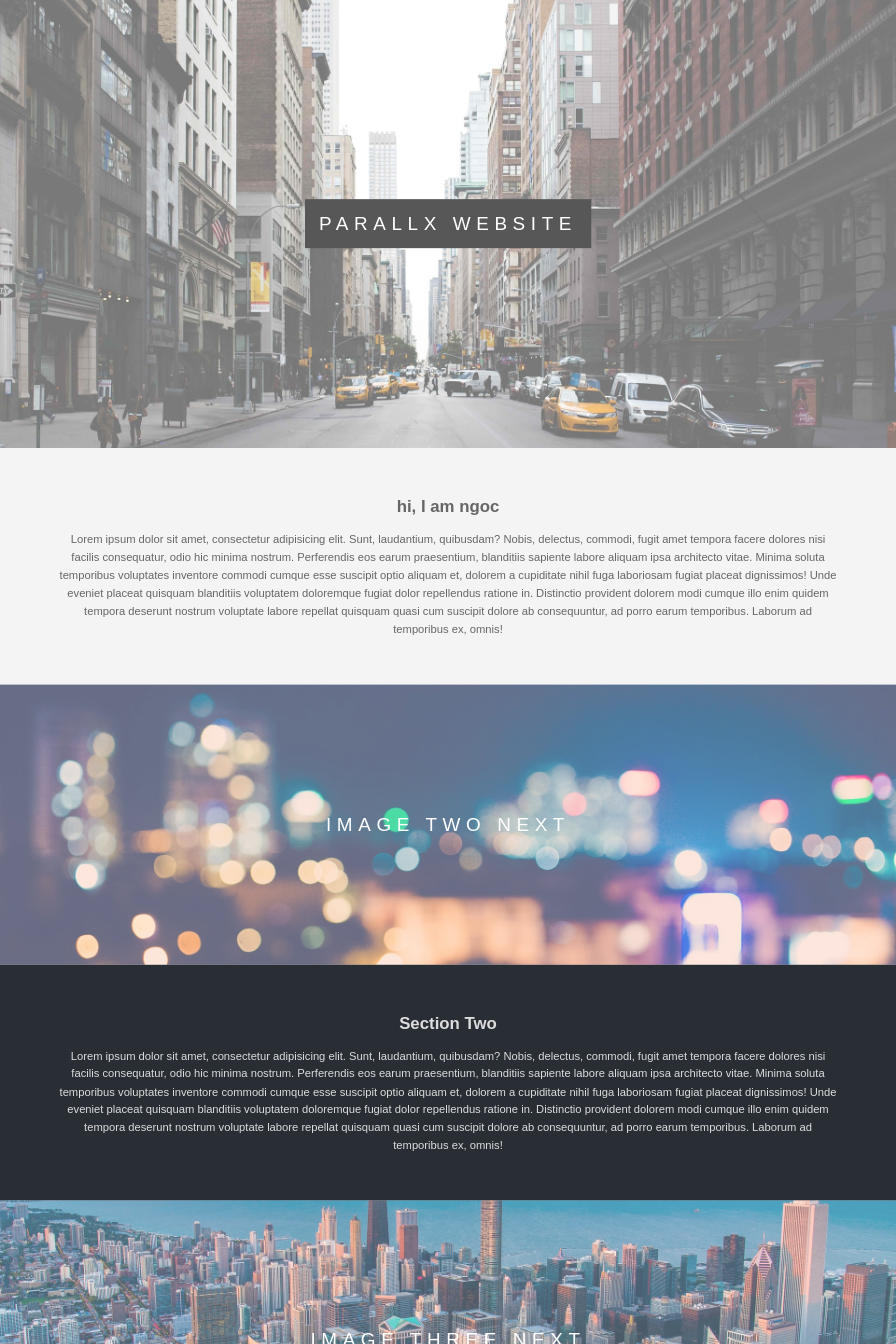
Repository: kieubaongoc/travel-page
Page: index.html
The author's editor kept a copy of each file at every save. The page is drawn from the files as they stood at one save, then again after the next save.
The browser window is 1280 px wide. The pictures show the part of the page from y = 0 to 1920 px (the page is 3093 px tall), at 70% of full size.
Backgrounds fixed to the window are drawn as part of the page.

Above is the page before, as saved 2021-08-19 22:50:30.

After the next save:
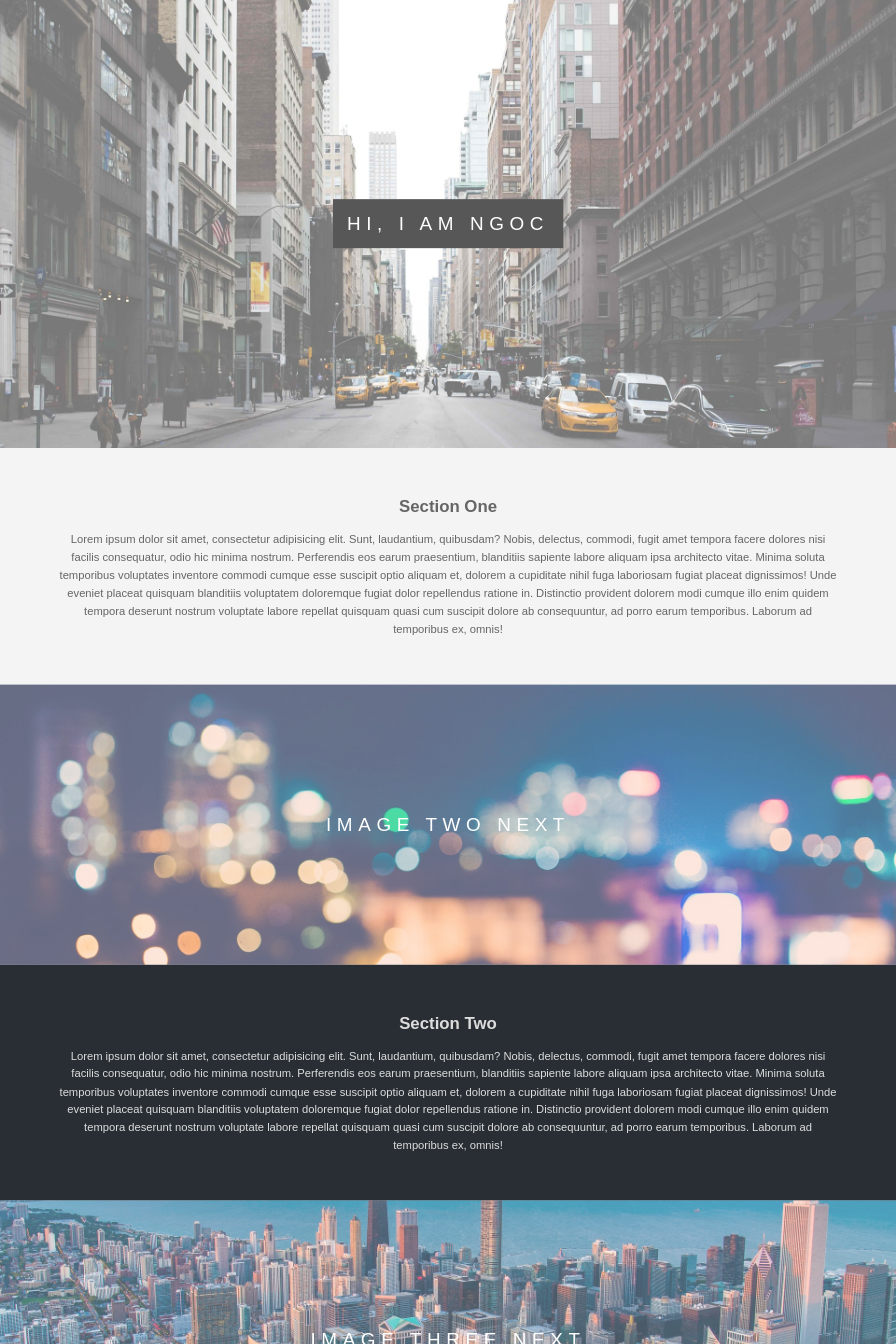
Saved 28 s later.
--- a/assets/js/main.js
+++ b/assets/js/main.js
@@ -1,2 +1,2 @@
-var obj = document.querySelector("h2.one-slogan");
+var obj = document.querySelector("span.text-slogan");
 obj.innerHTML = "hi, I am ngoc"
